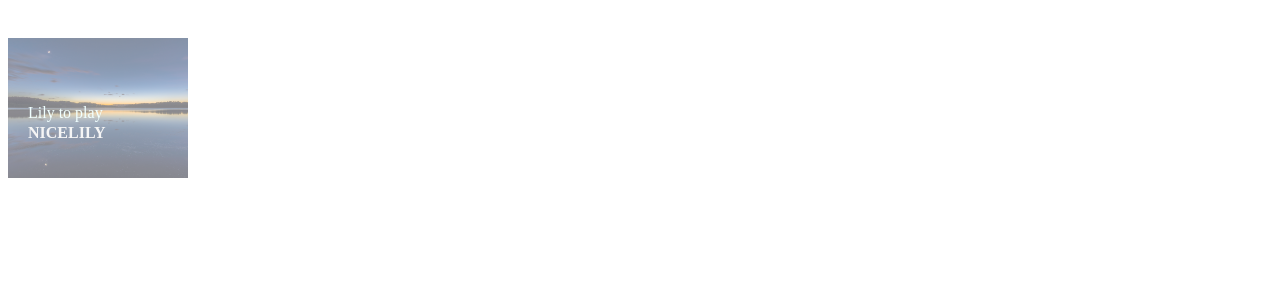
Repository: northpx/animation
Page: index.html
These files come from the project's save history. The page is drawn as it stood at one moment and after the next save; the edit follows.
The browser window is 1280 px wide. The pictures show the whole page.

Above is the page before, as saved 2022-12-19 20:49:56.

### index.html
<!DOCTYPE html>
<html lang="en">
<head>
    <meta charset="UTF-8">
    <meta http-equiv="X-UA-Compatible" content="IE=edge">
    <meta name="viewport" content="width=device-width, initial-scale=1.0">
    <link rel="stylesheet" href="style.css">
    <title>Document</title>
</head>
<body>
        <!-- <div class="box1">box1</div>
        <div class="box2">
            <div class="box_child"></div>
        </div>
        <div class="box3">box3</div>
        <div class="box4">box4</div>

        <div class="box_circle">

        </div>
        <div class="box_skew"></div> -->

        <div class="container">
            <img src="nature_lake_sunset_landscape_ultrahd_4k_wallpaper_3840x2160.jpg" alt="" class="image">
            <div class="content">
                <p>NICELILY</p>
            </div>
            <div class="content1">
                <p>Lily to play</p>
            </div>
        </div>
</body>
</html>

### style.css
/* .box1{
    width: 100px;
    height: 100px;
    background-color: aqua;
    transform: rotateX(45deg);
}

.box2{
    width: 100px;
    height: 100px;
    background-color: bisque;
    transform: rotateY(-45deg);
}

.box3{
    width: 100px;
    height: 100px;
    background-color: blueviolet;
    transform: rotate(180deg);
} */
/* .box1{
    width: 100px;
    height: 100px;
    background-color: yellowgreen;
    transform: translateX(100px);
}

.box2{
    width: 200px;
    height: 200px;
    background-color: yellowgreen;
    position: relative;
}
.box_child{
    position: absolute;
    width: 20px;
    height: 20px;
    background-color: black;
    top: 50%;
    left: 50%;
    transform: translate(-50%, -50%);
}

.box3{
    width: 100px;
    height: 100px;
    background-color: antiquewhite;
    transform: translateY(100px);
}
.box4{
    width: 100px;
    height: 100px;
    background-color:  beige;
    transform: translateX(-50px);
}

.box_circle{
    width: 100px;
    height: 100px;
    background-color: blueviolet;
    border-radius: 50%;
    scale: 1;
    transition: all 0.3s ease-in-out;
}

.box_circle:hover{
    scale: 1.5;
}

.box_skew{
    width: 100px;
    height: 100px;
    background-color: bisque;
    /* transform: skewX(45deg); */
    /* transform: skew(50deg, 0deg);
/* } */

/* .box{
    width: 100px;
    height: 100px;
    background-color: aquamarine;
    margin: 50px;
    perspective: 300px;
    position: relative;
}
.box_child{
    width: 20px;
    height: 20px;
    background-color: blueviolet;
    top: 50%;
    left: 50%;
    position: absolute;
}

.box_child:hover{
    transform: translateZ(100px);
} */
.container{
    width: 180px;
    height: 200px;
    overflow: hidden;
    position: relative;
}

 .image{
    width: 250px;
    height: 200px;
    object-fit: contain;
    transform: translateX(-20px);
    transition: all .5s linear;
    opacity: 0.5;
}

.container:hover .image{
    transform: translateX(0px);
    opacity: 1;
}

.content p{
    position: absolute;
    color: whitesmoke;
    top: 100px;
    left: 20px;
    transition: 1s ease-in;
    font-weight: bold;
}

.container:hover .content{
    transform: translateY(-220px);
}

.content1 p{
    position: absolute;
    color: azure;
    top: 80px;
    left: 20px;
    opacity: 1;
    transition: all 1s ease-in;
}

.container:hover .content1{
    transform: translateY(-200px);
    opacity: 1;
}

After the next save:
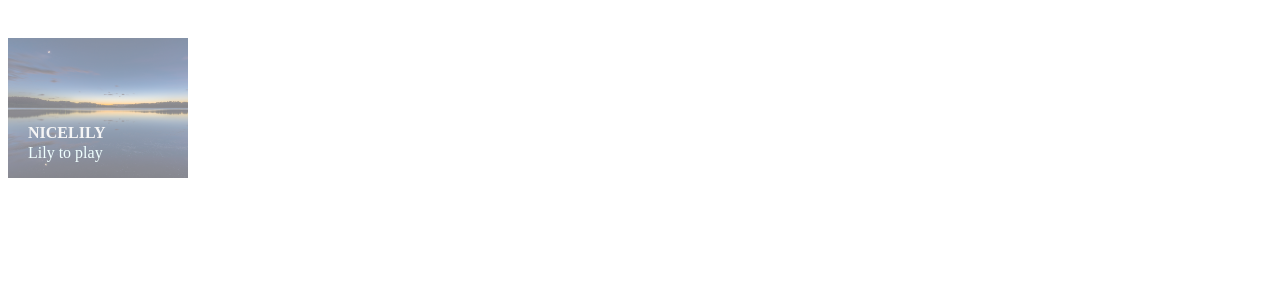
Saved 11 s later.
--- a/style.css
+++ b/style.css
@@ -132,7 +132,7 @@
 .content1 p{
     position: absolute;
     color: azure;
-    top: 80px;
+    top: 120px;
     left: 20px;
     opacity: 1;
     transition: all 1s ease-in;
